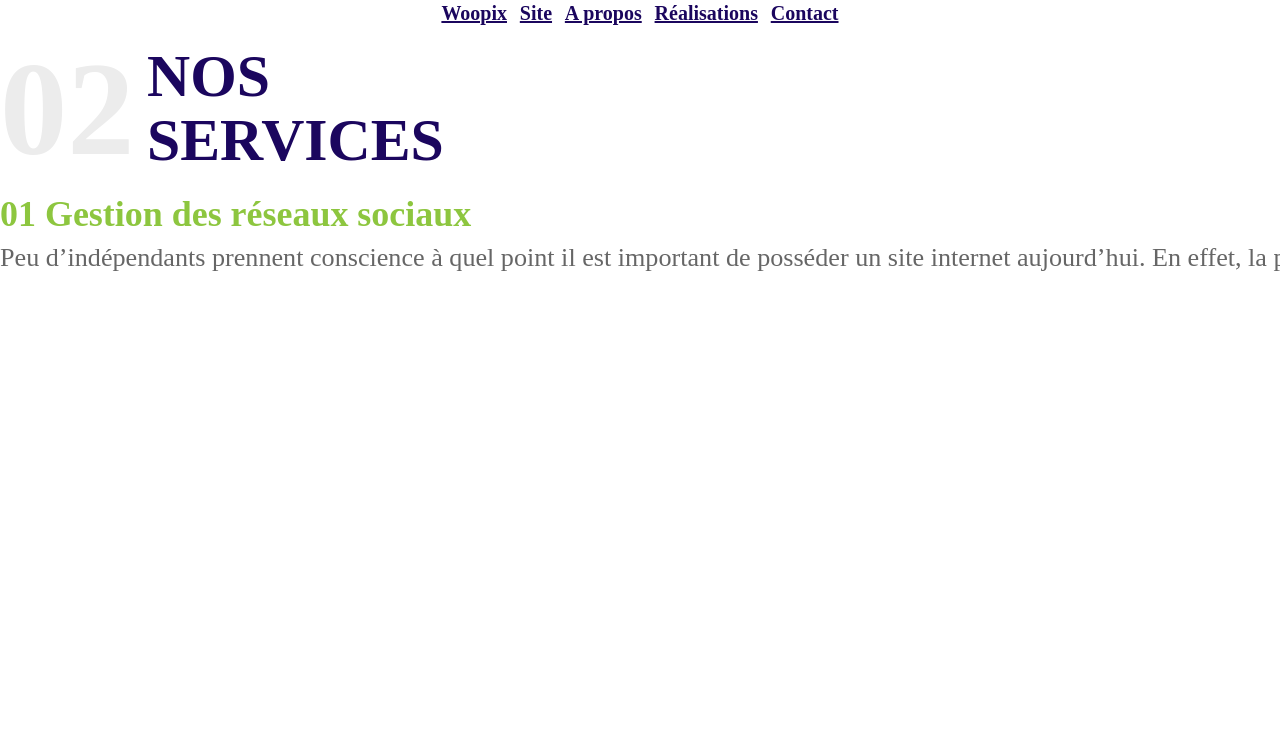
Repository: keloriane/woopix
Page: /woopix/nos-services
These files come from the project's save history. The page is drawn as it stood at one moment and after the next save; the edit follows.
The browser window is 1280 px wide. The pictures show the whole page.
The project was rebuilt for these pictures with package versions that can differ from the ones it lists, and the page was loaded fresh each time. Also part of the build but not shown: src/pages/Services/components/ServiceItem.js, src/pages/Services/components/ServiceOption.js, src/pages/Services/index.js, src/pages/Home.js, src/global/Container.js, src/pages/About/index.js, src/pages/Portfolio/index.js.

Above is the page before, as saved 2020-09-25 13:37:14.

### src/index.css
body {
  margin: 0;
  font-family: -apple-system, "Futura PT", 'Segoe UI', 'Roboto', 'Oxygen',
    'Ubuntu', 'Cantarell', 'Fira Sans', 'Droid Sans', 'Helvetica Neue',
    sans-serif;
  -webkit-font-smoothing: antialiased;
  -moz-osx-font-smoothing: grayscale;
}
.swiper-container{
}
    .swiper-wrapper{
      display: flex;
  justify-content: space-around;
}
        .swiper-slide{

        }

code {
  font-family: source-code-pro, Menlo, Monaco, Consolas, 'Courier New',
    monospace;
}

@font-face {
  font-family: 'Futura PT';
  font-style: normal;
  font-weight: 100;
  src: local('Futura PT Light'),
  local('Futura-PT-Light'),
  url(/public/fonts/FuturaPTLight.otf) format('otf');
}

@font-face {
  font-family: 'Futura PT';
  font-style: normal;
  font-weight: 400;
  src: local('Futura PT Book'),
  local('Futura-PT-Book'),
  url(/assets/fonts/FuturaPTBook.otf) format('otf');
}

@font-face {
  font-family: 'Futura PT';
  font-style: normal;
  font-weight: 500;
  src: local('Futura PT Medium'),
  local('Futura-PT-Medium'),
  url(/assets/fonts/FuturaPTMedium.otf) format('otf');
}

@font-face {
  font-family: 'Futura PT';
  font-style: normal;
  font-weight: 600;
  src: local('Futura PT Demi'),
  local('Futura-PT-Demi'),
  url(/assets/fonts/FuturaPTDemiOblique.otf) format('otf');
}

@font-face {
  font-family: 'Futura PT';
  font-style: normal;
  font-weight: 700;
  src: local('Futura PT Bold'),
  local('Futura-PT-Bold'),
  url(/assets/fonts/FuturaPTBold.otf) format('otf');
}


@font-face {
  font-family: 'Futura PT';
  font-style: normal;
  font-weight: 900;
  src: local('Futura PT Heavy'),
  local('Futura-PT-Heavy'),
  url(/assets/fonts/FuturaPTHeavy.otf) format('otf');
}

### src/App.js
import React from 'react';
import './App.css';
import { BrowserRouter as HashRouter, Switch, Route } from "react-router-dom";
import {createGlobalStyle,ThemeProvider} from "styled-components";
import Services from './pages/Services'
import { Home } from './pages/Home';
import { About } from './pages/About';
import { Portfolio } from "./pages/Portfolio/";
import { Menu } from "./pages/Menu/";
import  OurServices  from "./pages/OurServices/";



const theme = {
  green: '#8DC63F',
  blue: '#1B065E'
};


function App() {
  return (
    <HashRouter basename="/woopix">
      <Switch>
        <div className="App">
          <ThemeProvider theme={theme}>
            <Menu />
          <Route exact path="/" component={Home} />
          <Route exact path="/about" component={About} />
          <Route exact path="/portfolio" component={Portfolio} />
          <Route exact path="/services" component={Services} />
          <Route exact path="/nos-services" component={OurServices} />
          </ThemeProvider>
        </div>
      </Switch>
    </HashRouter>
  );
}

export default App;

### src/pages/Menu/index.js
import React from "react";
import { Link } from "react-router-dom";
import styled from "styled-components";

export const Menu = () => {
  const MenuContainer = styled.div`
    .menu {
      width: 100%;
      max-width: 410px;
      margin: 0 auto;

      .main-menu {
        display: flex;
        justify-content: space-around;
        .menu-items {
          a {
            font-weight: 600;
            font-size: 20px;
            line-height: 26px;
            /* identical to box height */
            font-family: "Futura PT";
            font-style: normal;
            color: ${(props) => props.theme.blue};

            &:hover {
              color: ${(props) => props.theme.green};
            }
          }
        }
      }
    }
  `;
  return (
    <MenuContainer className="Menu-container">
      <div className="menu">
        <ul className="main-menu">
          <li className="menu-items">
            <Link to="/">Woopix</Link>
          </li>
          <li className="menu-items">
             <Link to="/services">Site</Link>
          </li>
          <li className="menu-items">
             <Link to="/about">A propos</Link>
          </li>
          <li className="menu-items">
            <Link to="/portfolio">Réalisations</Link>
          </li>
          <li className="menu-items">
            <Link to="/contact">Contact</Link>
          </li>
        </ul>
      </div>
    </MenuContainer>
  );
};

export default Menu;

### src/pages/OurServices/index.js
import React from "react";
import styled from "styled-components";
import { Swiper, SwiperSlide } from "swiper/react";
import CallToAction from "./../../components/CallToAction/";
import Title from "./../../components/Title/Title.js";
import "swiper/swiper-bundle.css";

const OurServices = () => {
  const ServiceWrapper = styled.div`
    #our-service {
      font-family: "Futura PT";
      width: 100vw;
      height: 100vh;
      display: flex;
      overflow: hidden;
    }

    @media screen and (max-width: 596px) {
      #our-service {
        .services {
          display: flex;
          flex-direction: column;
          align-items: flex-start;
          justify-content: space-between;
          height: 357px;
          margin: auto;
          .slider-container {
            width: 100%;
            /* max-width: 279px; */

            overflow: inherit;
            .swiper-wrapper {
              .swiper-slide-next {
                opacity: 0.5;
              }
            }
            .slider-title {
              h3 {
                font-style: normal;
                font-weight: bold;
                font-size: 20.6236px;
                line-height: 26px;
                color: #8dc63f;
              }
            }
            .slider-text {
              p {
                font-style: normal;
                font-weight: normal;
                font-size: 15px;
                line-height: 160.2%;
                /* or 24px */

                color: rgba(0, 0, 0, 0.6);
              }
            }
          }
        }
      }
    }
    @media screen and (min-width: 596px) {
      #our-service {
        .services {

          .slider-container {
            .swiper-wrapper {
              .swiper-slide-next {
                opacity: 0.2;
              }
              .swiper-slide {
                width: 431px;
                height: 612px;
              }
            }
            .slider-title {
              h3 {
                font-style: normal;
                font-weight: bold;
                font-size: 35.9547px;
                line-height: 46px;

                color: #8dc63f;
              }
            }
            .slider-text {
              p {
                font-style: normal;
                font-weight: normal;
                font-size: 26.1507px;
                line-height: 160.2%;
                /* or 42px */

                color: rgba(0, 0, 0, 0.6);
              }
            }
          }
        }
      }
    }
    @media screen and (min-width: 992px) {
    }

    /* .swiper-slide:nth-child(2n) {
      width: 60%;
    }

    .swiper-slide:nth-child(3n) {
      width: 40%;
    }    */
  `;
  return (
    <ServiceWrapper>
      <div id="our-service">
        <div className="services">
          <Title num="02" firstP="nos" secondP="services" />
          <Swiper
          slidesPerView={2}
          className="slider-container"
          spaceBetween={50}
          >
            <SwiperSlide>
              <div className="slider-title">
                <h3>01 Gestion des réseaux sociaux</h3>
              </div>
              <div className="slider-text">
                <p>
                  Peu d’indépendants prennent conscience à quel point il est
                  important de posséder un site internet aujourd’hui. En effet,
                  la plupart des gens se renseignent sur l’entreprise via
                  internet avant même d’être client. Il est probablement aussi
                  indispensable qu’un numéro de téléphone. Chez Woopix nous
                  développons pour votre entreprise des sites de qualité à coût
                  raisonnable. Nous avons un taux de satisfactions inégalable
                  par nos concurrents.
                </p>
              </div>
            </SwiperSlide>
            <SwiperSlide>
              <div className="slider-title">
                <h3>02 Gestion des réseaux sociaux</h3>
              </div>
              <div className="slider-text">
                <p>
                  Peu d’indépendants prennent conscience à quel point il est
                  important de posséder un site internet aujourd’hui. En effet,
                  la plupart des gens se renseignent sur l’entreprise via
                  internet avant même d’être client. Il est probablement aussi
                  indispensable qu’un numéro de téléphone. Chez Woopix nous
                  développons pour votre entreprise des sites de qualité à coût
                  raisonnable. Nous avons un taux de satisfactions inégalable
                  par nos concurrents.
                </p>
              </div>
            </SwiperSlide>
            <SwiperSlide>
              <div className="slider-title">
                <h3>03 Gestion des réseaux sociaux</h3>
              </div>
              <div className="slider-text">
                <p>
                  Peu d’indépendants prennent conscience à quel point il est
                  important de posséder un site internet aujourd’hui. En effet,
                  la plupart des gens se renseignent sur l’entreprise via
                  internet avant même d’être client. Il est probablement aussi
                  indispensable qu’un numéro de téléphone. Chez Woopix nous
                  développons pour votre entreprise des sites de qualité à coût
                  raisonnable. Nous avons un taux de satisfactions inégalable
                  par nos concurrents.
                </p>
              </div>
            </SwiperSlide>
          </Swiper>
          <CallToAction link="/nos-services" buttonTxt="Nos services" />
        </div>
      </div>
    </ServiceWrapper>
  );
};

export default OurServices;

### src/components/Title/Title.js
import React from 'react'
import styled from "styled-components"

const Title = (props) => {
    const TitleMain = styled.div`
    .main-title {
      display: flex;
      font-style: normal;
      align-items: center;
      position: relative;
      width: 100%;
      .title {
        position: absolute;

        h2 {
          font-weight: bold;

          text-transform: uppercase;
          color: #1b065e;
          display: flex;
          align-items: center;
        }
      }
      .number-title {
        position: absolute;

        h2 {
          font-style: normal;

          text-transform: uppercase;
          color: #ececec;
        }
      }
    }
    @media screen and (max-width: 596px){
        .main-title {
            display: flex;
            font-style: normal;
            align-items: center;
            position: relative;

            width: 311px;
            height: 72px;
            .title {
              position: absolute;
              left: 81px;
              h2 {
                font-weight: bold;
                font-size: 34px;
                line-height: 107.33%;
                text-transform: uppercase;
                color: #1b065e;
                display: flex;
                align-items: center;
              }
            }
            .number-title {
              position: absolute;

              h2 {
                font-style: normal;
                font-weight: 800;
                font-size: 92.2247px;
                line-height: 107.33%;
                text-transform: uppercase;
                color: #ececec;
              }
            }
          }

    }
    @media screen and (min-width: 596px){
        .main-title {
            display: flex;
            width: 530px;
            height: 160px;
            .number-title {
              h2 {
                font-weight: 800;
                font-size: 144px;
              }
            }
            .title {
              left: 147px;
              h2 {
                font-size: 64px;
                line-height: 107.33%;

                text-transform: uppercase;

                color: #1b065e;
              }
            }
          }
    }
    @media screen and (min-width: 992px){
        .main-title {
            display: flex;
            max-width: 545px;
            width: 100%;
            height: 165px;
            .number-title {
              h2 {
                font-size: 134.475px;
                line-height: 107.33%;
              }
            }
            .title {
              h2 {
                font-size: 59.7665px;
                line-height: 107.33%;
              }
            }
          }
    }
    `
    return (
        <TitleMain>

        <div className="main-title">
        <div className="number-title">
            <h2>{props.num}</h2>
        </div>
        <div className="title">
          <h2>
            {props.firstP} <br></br>{props.secondP}
          </h2>
        </div>
      </div>
        </TitleMain>
    )
}

export default Title

### src/components/CallToAction/index.js
import React from "react";
import {Link} from "react-router-dom"

const CallToAction = (props) => {
  return (
    <div className="call-to-action">
      <button>
        <Link to={`/${props.link}`}>{props.buttonTxt}</Link>
      </button>
    </div>
  );
};

export default CallToAction;

Loaded but not shown: public/index.html (common file); src/index.js (common file); src/serviceWorker.js (common file); src/App.css (common file)

After the next save:
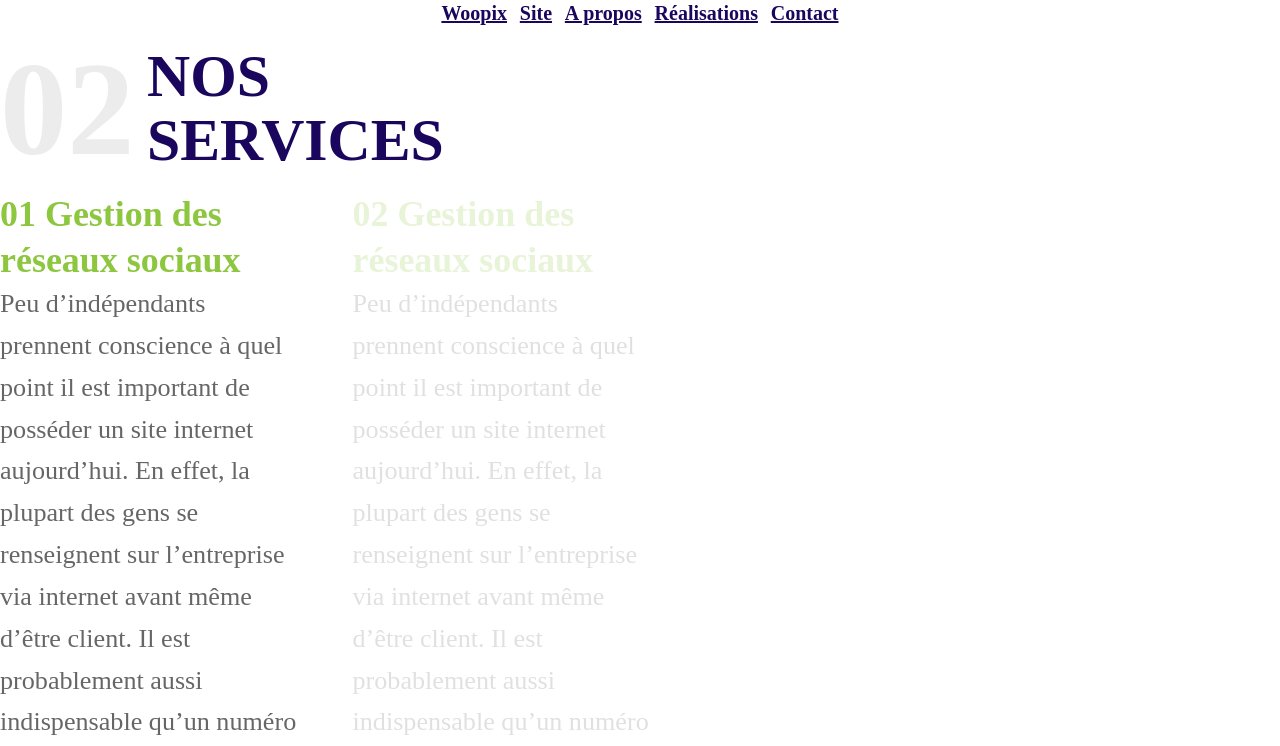
Saved 2 min 1 s later.
--- a/src/pages/OurServices/index.js
+++ b/src/pages/OurServices/index.js
@@ -61,7 +61,8 @@
     @media screen and (min-width: 596px) {
       #our-service {
         .services {
-
+            width: 100%;
+            max-width: 655px;
           .slider-container {
             .swiper-wrapper {
               .swiper-slide-next {

After the save that followed:
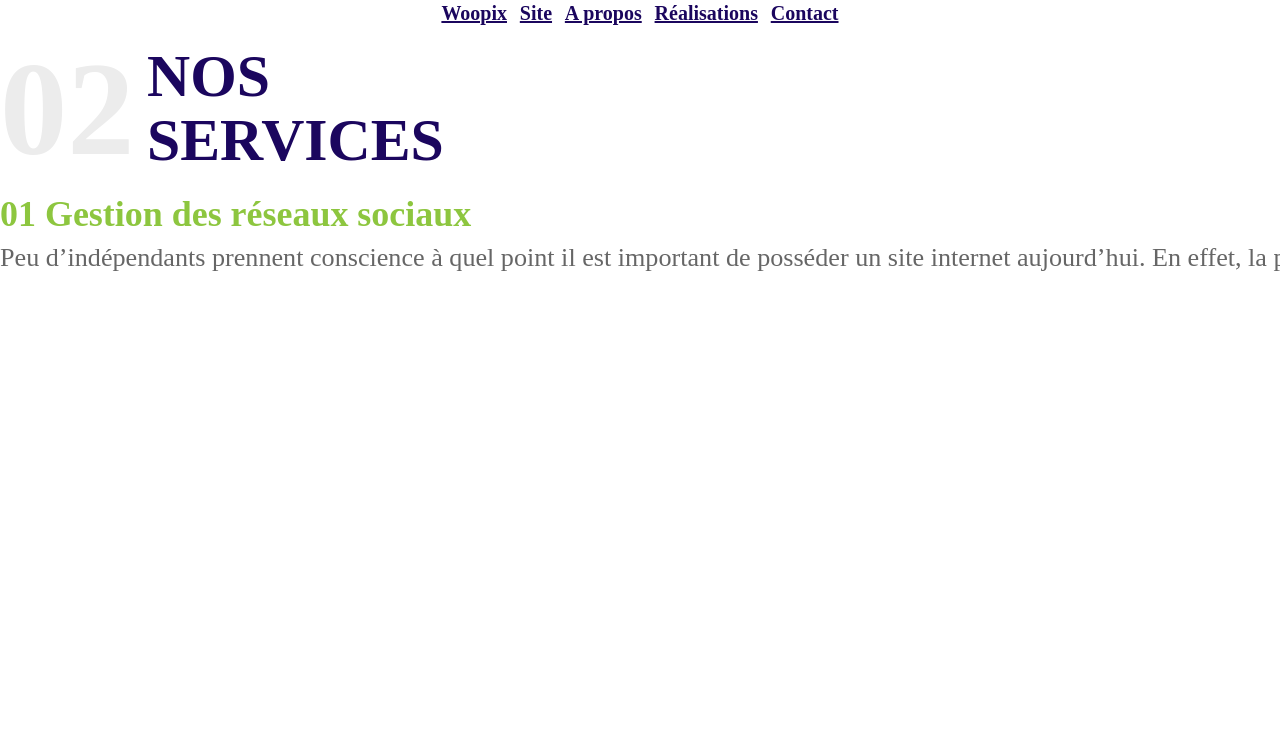
Saved 35 s later.
--- a/src/pages/OurServices/index.js
+++ b/src/pages/OurServices/index.js
@@ -61,8 +61,7 @@
     @media screen and (min-width: 596px) {
       #our-service {
         .services {
-            width: 100%;
-            max-width: 655px;
+
           .slider-container {
             .swiper-wrapper {
               .swiper-slide-next {
